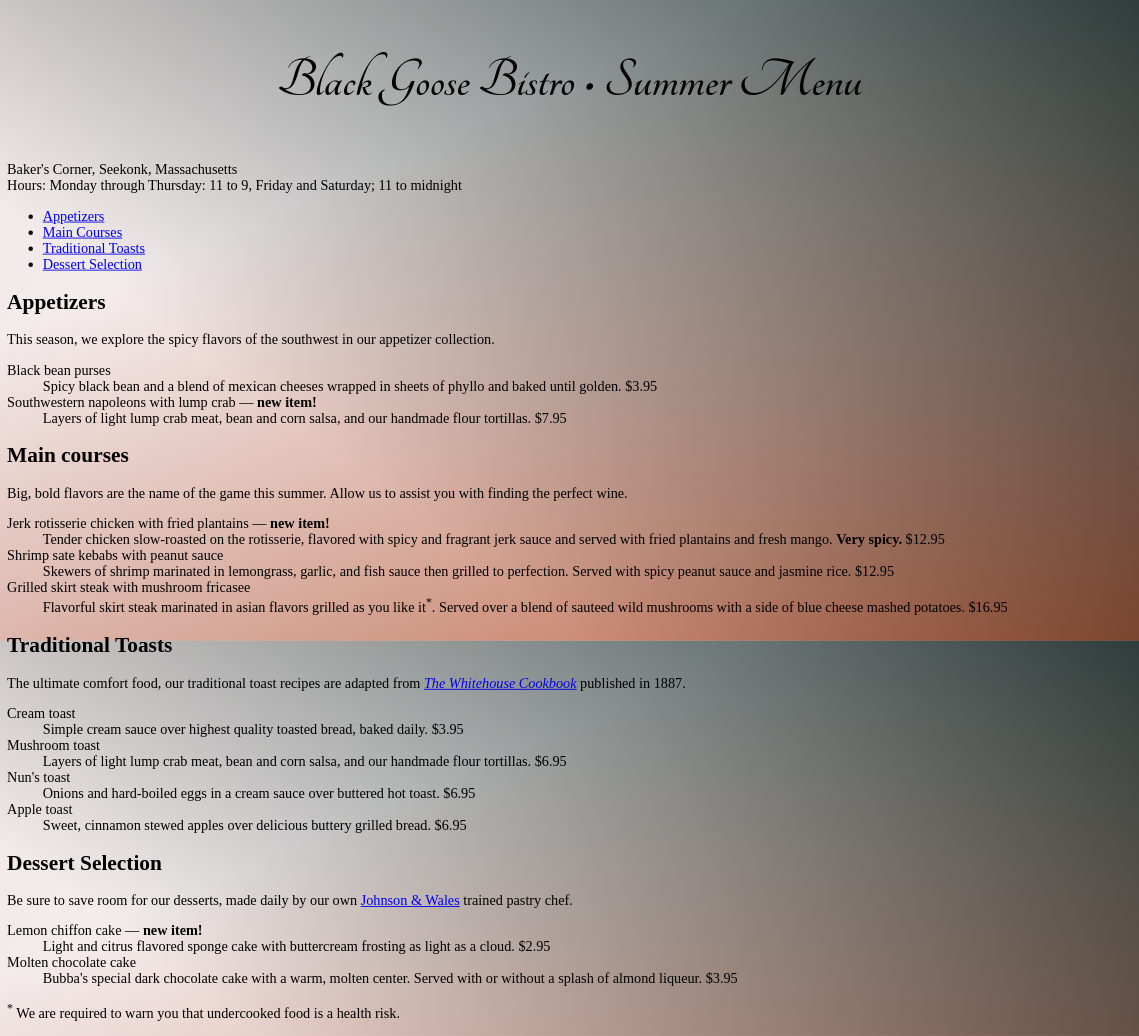
Repository: Colo-Codes/code-practice
Page: 02-css-practice-4.html
An editor plug-in stored every save of this project. The page is shown before and after the next save, followed by the edit.
The browser window is 1280 px wide. The pictures show the whole page, at 89% of full size.
Backgrounds fixed to the window are drawn as part of the page. Some web fonts or font styles are not loaded; a fallback is used.

Above is the page before, as saved 2021-05-07 09:23:51.

### 02-css-practice-4.html
<!DOCTYPE html>
<html>

<head>
    <meta charset="utf-8">
    <title>Black Goose Bistro Summer Menu</title>
    <link href='http://fonts.googleapis.com/css?family=Marko+One' rel='stylesheet' type='text/css'>
    <style>
        /* Colour palette:
            Dark Jungle Green:  #001514 rgb(0, 21, 20)
            White:              #FBFFFE rgb(251, 255, 254)
            Blood Red:          #6B0504 rgb(107, 5, 4)
            Chinese Red:        #A3320B rgb(163, 50, 11)
            Goldenrod:          #E6AF2E rgb(230, 175, 46)
        */
        @font-face {
            font-family: Tangerine;
            src: url(./assets/fonts/Tangerine/Tangerine-Regular.ttf);
        }
        @font-face {
            font-family: Tangerine;
            src: url(./assets/fonts/Tangerine/Tangerine-Bold.ttf);
            font-weight: bold;
        }
        body {
            background: fixed
                linear-gradient(217deg, rgba(0, 21, 20, 0.8), rgba(255,0,0,0) 70.71%),
                linear-gradient(127deg, rgba(107, 5, 4, 0.1), rgba(0,255,0,0) 70.71%),
                linear-gradient(336deg, rgba(163, 50, 11, 0.8), rgba(0,0,255,0) 70.71%);

        }
        header > h1 {
            /* Sexy Vulcan With Smooth Happy Feet: Style Variant Weight Size lHeight Family */
            font: bold 4em/1.5 Tangerine, "Times New Roman", serif;
            text-align: center;
        }
    </style>
</head>

<body>

    <header>
        <h1>Black Goose Bistro &bull; Summer Menu</h1>

        <div id="info">
            <p>Baker's Corner, Seekonk, Massachusetts<br>
                <span class="label">Hours: Monday through Thursday:</span> 11 to 9, <span class="label">Friday and
                    Saturday;</span> 11 to midnight
            </p>
            <ul>
                <li><a href="#appetizers">Appetizers</a></li>
                <li><a href="#entrees">Main Courses</a></li>
                <li><a href="#toast">Traditional Toasts</a></li>
                <li><a href="#dessert">Dessert Selection</a></li>
            </ul>
        </div>
    </header>

    <section id="appetizers">
        <h2>Appetizers</h2>
        <p>This season, we explore the spicy flavors of the southwest in our appetizer collection.</p>

        <dl>
            <dt>Black bean purses</dt>
            <dd>Spicy black bean and a blend of mexican cheeses wrapped in sheets of phyllo and baked until golden.
                <span class="price">$3.95</span></dd>

            <dt class="newitem">Southwestern napoleons with lump crab &mdash; <strong>new item!</strong></dt>
            <dd>Layers of light lump crab meat, bean and corn salsa, and our handmade flour tortillas. <span
                    class="price">$7.95</span></dd>
        </dl>
    </section>

    <section id="entrees">

        <h2>Main courses</h2>
        <p>Big, bold flavors are the name of the game this summer. Allow us to assist you with finding the perfect wine.
        </p>


        <dl>

            <dt class="newitem">Jerk rotisserie chicken with fried plantains &mdash; <strong>new item!</strong></dt>
            <dd>Tender chicken slow-roasted on the rotisserie, flavored with spicy and fragrant jerk sauce and served
                with fried plantains and fresh mango. <strong>Very spicy.</strong> <span class="price">$12.95</span>
            </dd>

            <dt>Shrimp sate kebabs with peanut sauce</dt>
            <dd>Skewers of shrimp marinated in lemongrass, garlic, and fish sauce then grilled to perfection. Served
                with spicy peanut sauce and jasmine rice. <span class="price">$12.95</span></dd>

            <dt>Grilled skirt steak with mushroom fricasee</dt>
            <dd>Flavorful skirt steak marinated in asian flavors grilled as you like it<sup>*</sup>. Served over a blend
                of sauteed wild mushrooms with a side of blue cheese mashed potatoes. <span class="price">$16.95</span>
            </dd>
        </dl>

    </section>

    <section id="toast">
        <h2>Traditional Toasts</h2>
        <p>The ultimate comfort food, our traditional toast recipes are adapted from <a
                href="http://www.gutenberg.org/files/13923/13923-h/13923-h.htm"><cite>The Whitehouse Cookbook</cite></a>
            published in 1887.</p>

        <dl>
            <dt>Cream toast</dt>
            <dd>Simple cream sauce over highest quality toasted bread, baked daily. <span class="price">$3.95</span>
            </dd>

            <dt>Mushroom toast</dt>
            <dd>Layers of light lump crab meat, bean and corn salsa, and our handmade flour tortillas. <span
                    class="price">$6.95</span></dd>

            <dt>Nun's toast</dt>
            <dd>Onions and hard-boiled eggs in a cream sauce over buttered hot toast. <span class="price">$6.95</span>
            </dd>

            <dt>Apple toast</dt>
            <dd>Sweet, cinnamon stewed apples over delicious buttery grilled bread. <span class="price">$6.95</span>
            </dd>
        </dl>
    </section>

    <section id="dessert">
        <h2>Dessert Selection</h2>
        <p>Be sure to save room for our desserts, made daily by our own <a
                href="http://www.jwu.edu/college.aspx?id=19510">Johnson & Wales</a> trained pastry chef.</p>

        <dl>
            <dt class="newitem">Lemon chiffon cake &mdash; <strong>new item!</strong></dt>
            <dd>Light and citrus flavored sponge cake with buttercream frosting as light as a cloud. <span
                    class="price">$2.95</span></dd>

            <dt class="newitem">Molten chocolate cake</dt>
            <dd>Bubba's special dark chocolate cake with a warm, molten center. Served with or without a splash of
                almond liqueur. <span class="price">$3.95</span></dd>
        </dl>
    </section>

    <footer>
        <p class="warning"><sup>*</sup> We are required to warn you that undercooked food is a health risk.</p>
    </footer>

</body>

</html>

After the next save:
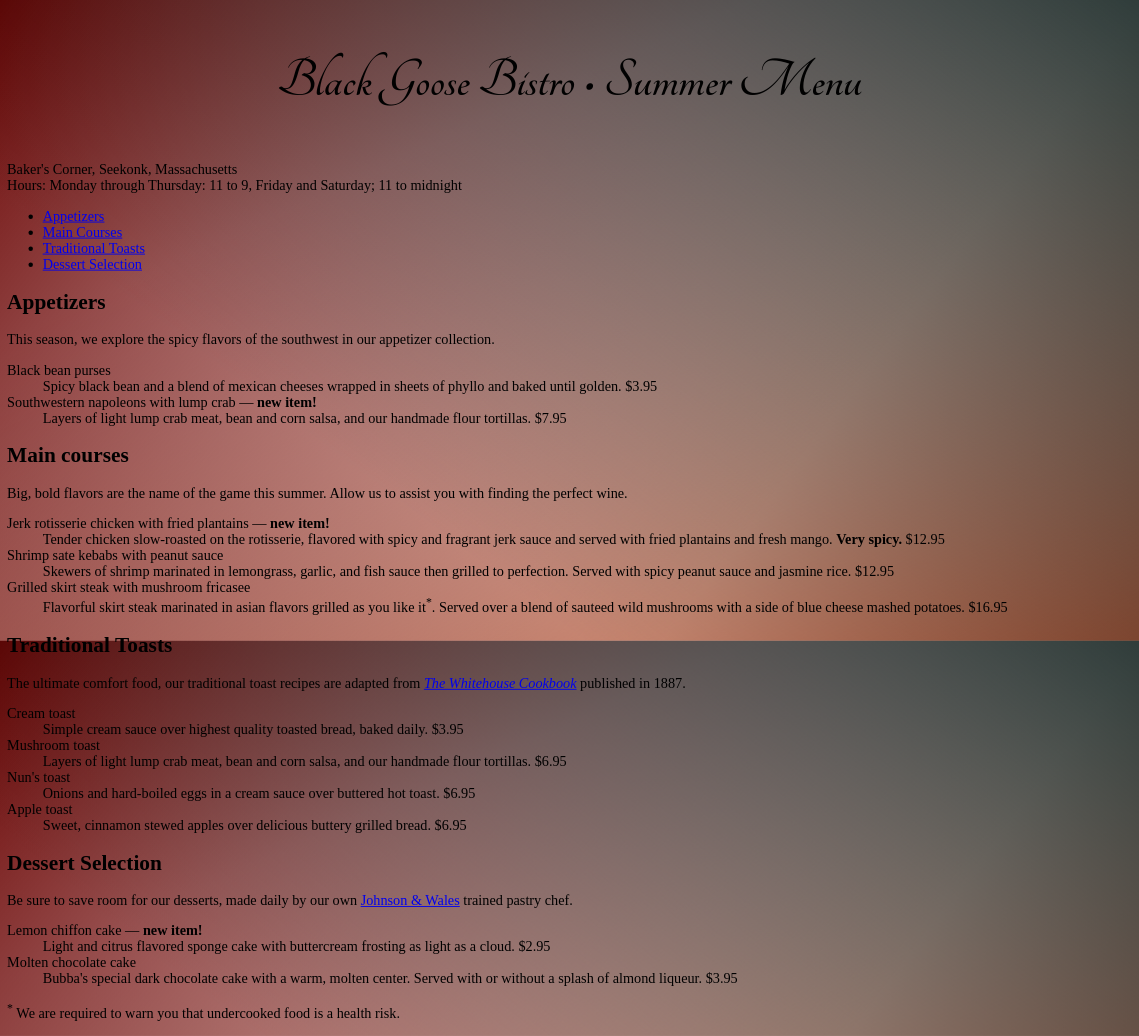
Saved 6 s later.
--- a/02-css-practice-4.html
+++ b/02-css-practice-4.html
@@ -25,7 +25,7 @@
         body {
             background: fixed
                 linear-gradient(217deg, rgba(0, 21, 20, 0.8), rgba(255,0,0,0) 70.71%),
-                linear-gradient(127deg, rgba(107, 5, 4, 0.1), rgba(0,255,0,0) 70.71%),
+                linear-gradient(127deg, rgba(107, 5, 4, 1), rgba(0,255,0,0) 70.71%),
                 linear-gradient(336deg, rgba(163, 50, 11, 0.8), rgba(0,0,255,0) 70.71%);
 
         }
